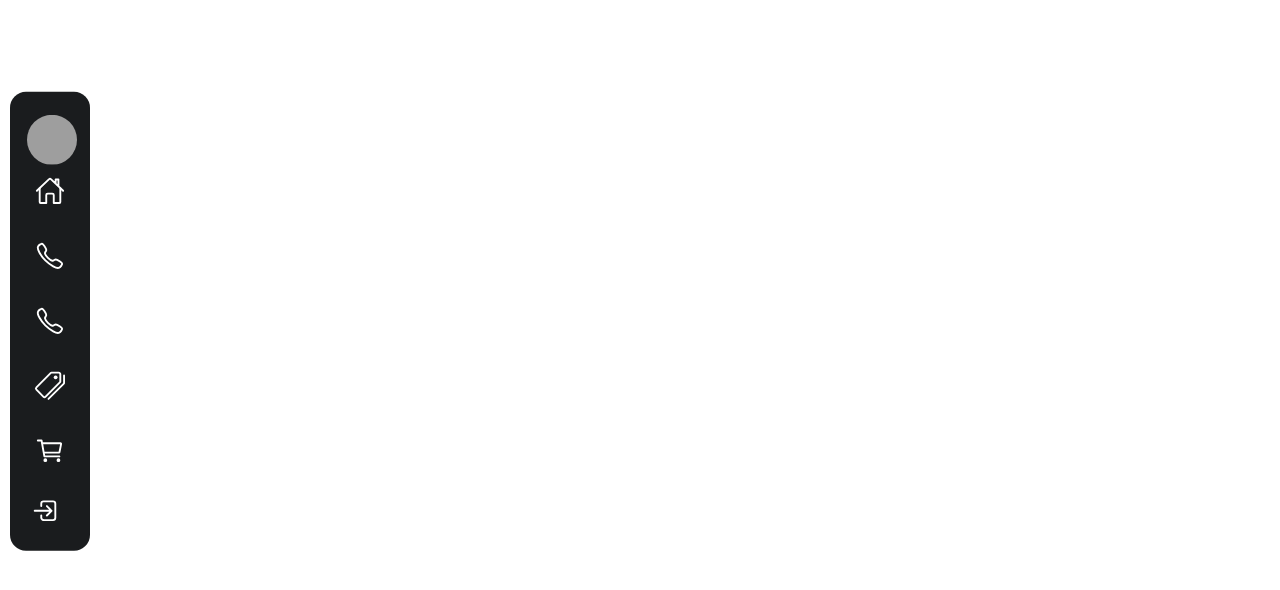
Repository: Fuocmanh/demo
Page: site/nav.html
These files come from the project's save history. The page is drawn as it stood at one moment and after a run of saves; the edit follows.
The browser window is 1280 px wide. The pictures show the whole page.
Pictures or frames that could not be fetched are drawn as grey boxes.

Above is the page before, as saved 2022-12-30 12:41:24.

After the next 2 saves:
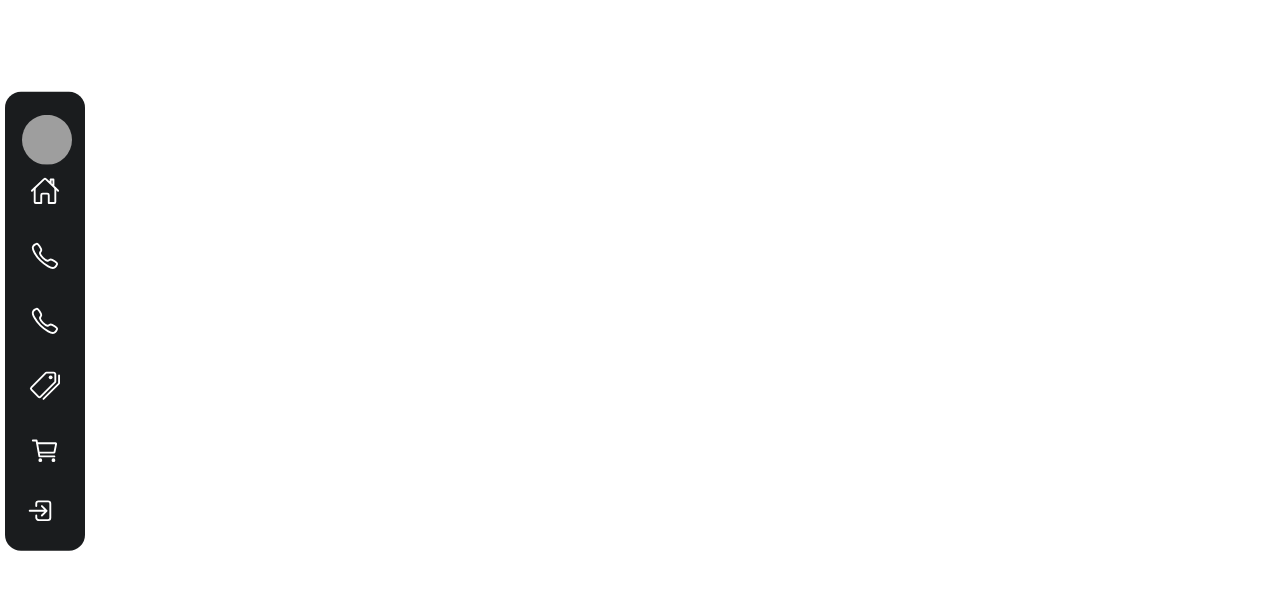
The 2 saves are shown as one change because they came seconds apart.
The last was saved 10 s later.
--- a/css/style.css
+++ b/css/style.css
@@ -20,7 +20,7 @@ html {
     height: 100%;
     padding: 30px 5px;
     border-radius: 16px;
-    transform: translate(10px,20%);
+    transform: translate(5px,20%);
 }
 .sidebar:hover{
     width: 200px;
